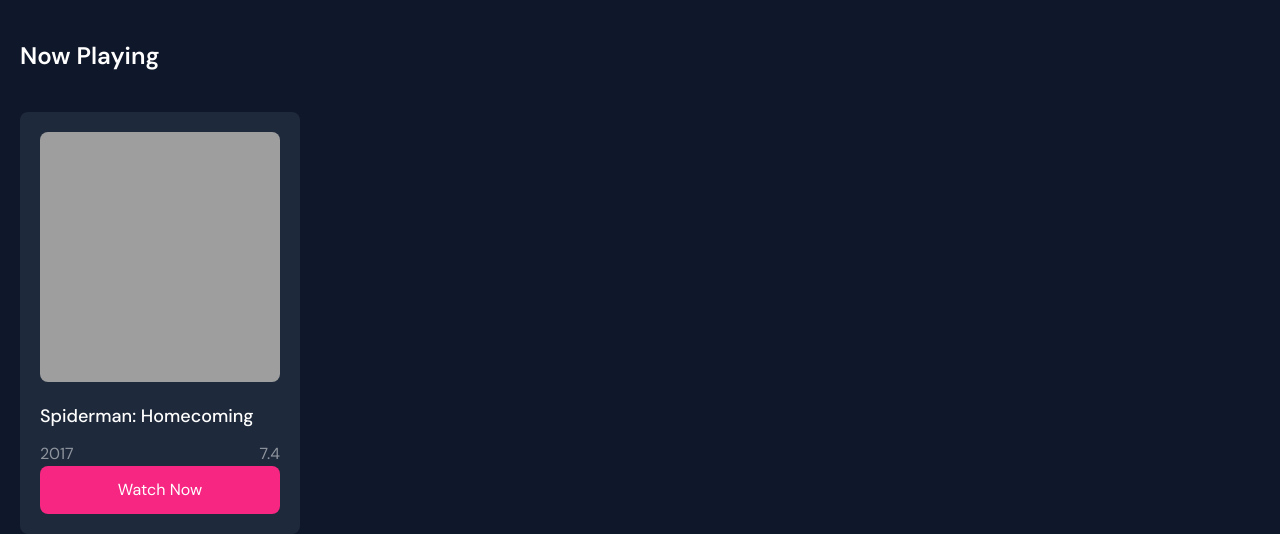
Repository: Duchieu7802/React-Simple-Movie
Page: /movies
These files come from the project's save history. The page is drawn as it stood at one moment and after the next save; the edit follows.
The browser window is 1280 px wide. The pictures show the part of the page from y = 504 to 1078 px (the page is 1038 px tall before and 1078 px after).
Pictures or frames that could not be fetched are drawn as grey boxes. The project was rebuilt for these pictures with package versions that can differ from the ones it lists, and the page was loaded fresh each time. Also part of the build but not shown: vite.config.js.

Above is the page before, as saved 2024-05-27 16:37:16.

After the next save:
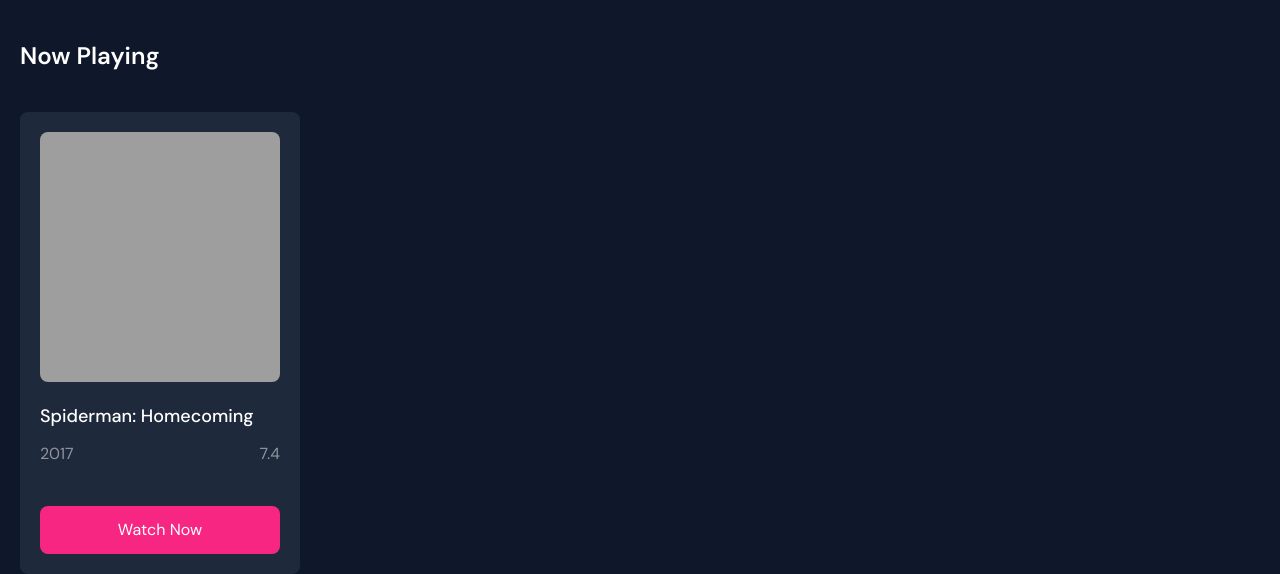
Saved 7 s later.
--- a/src/App.jsx
+++ b/src/App.jsx
@@ -46,7 +46,7 @@
 						<h3 className="capitalize text-lg font-medium mb-3">
 							Spiderman: Homecoming
 						</h3>
-						<div className="flex items-center justify-between opacity-50">
+						<div className="flex items-center justify-between opacity-50 mb-10">
 							<span>2017</span>
 							<span>7.4</span>
 						</div>
